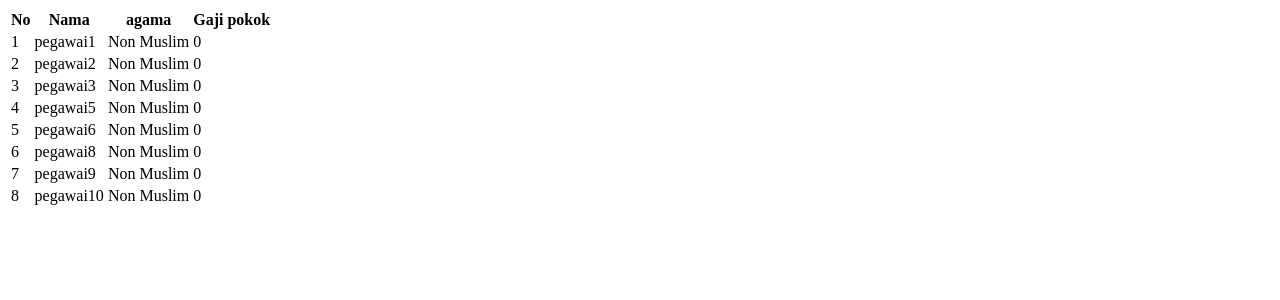
Repository: AHSANS354/Tugas-MSIB-5-GitHub
Page: tugasper3js.html
These files come from the project's save history. The page is drawn as it stood at one moment and after the next save; the edit follows.
The browser window is 1280 px wide. The pictures show the whole page.

Above is the page before, as saved 2023-09-09 16:54:33.

After the next save:
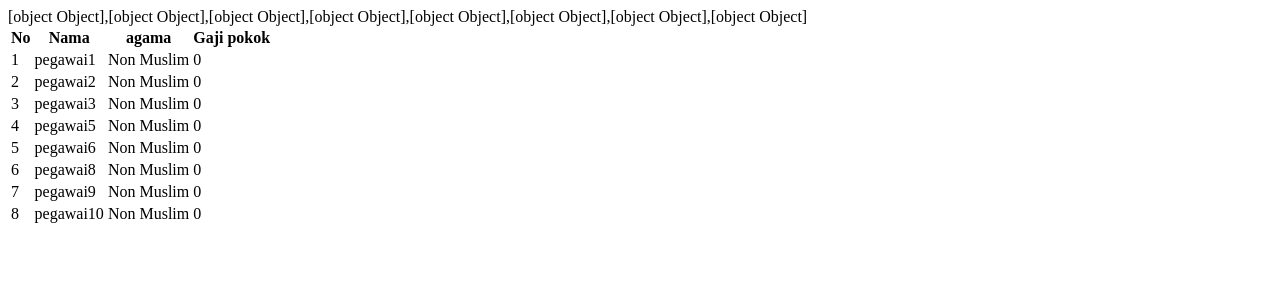
Saved 103 s later.
--- a/tugasper3js.html
+++ b/tugasper3js.html
@@ -10,6 +10,8 @@
 
   let pegawai = [p1, p2, p3, p4, p5, p6, p7, p8];
   let jabatan = "";
+
+  document.write(pegawai);
 
   if (pegawai == "pegawai1" && pegawai == "pegawai2") jabatan = "Manager";
   else if (pegawai == "pegawai3" && pegawai == "pegawai5") jabatan = "Asisten Manager";

After the save that followed:
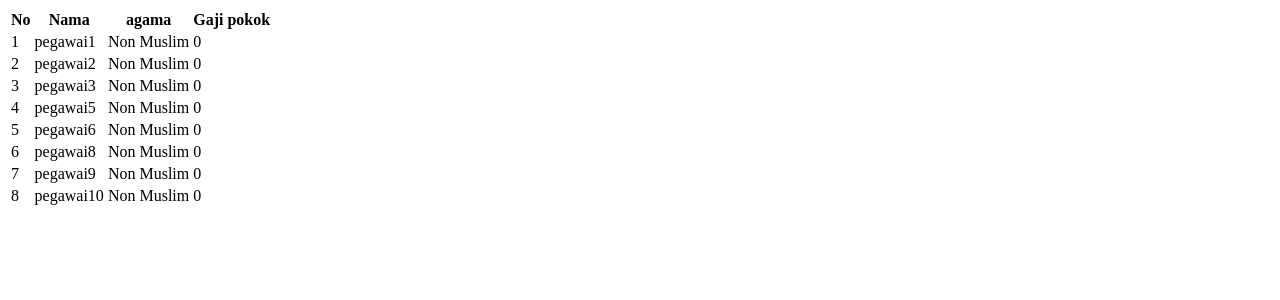
Saved 88 s later.
--- a/tugasper3js.html
+++ b/tugasper3js.html
@@ -10,14 +10,6 @@
 
   let pegawai = [p1, p2, p3, p4, p5, p6, p7, p8];
   let jabatan = "";
-
-  document.write(pegawai);
-
-  if (pegawai == "pegawai1" && pegawai == "pegawai2") jabatan = "Manager";
-  else if (pegawai == "pegawai3" && pegawai == "pegawai5") jabatan = "Asisten Manager";
-  else if (pegawai == "pegawai6" && pegawai == "pegawai8") jabatan = "Supervisor";
-  else if (pegawai == "pegawai9" && pegawai == "pegawai10") jabatan = "Staff";
-  else jabatan = "";
 
   let gapok = "";
 
@@ -57,6 +49,11 @@
     <script>
       let no = 1;
       for (s of pegawai) {
+        if (s.nama == "pegawai1" && s.nama == "pegawai2") jabatan = "Manager";
+        else if (pegawai == "pegawai3" && pegawai == "pegawai5") jabatan = "Asisten Manager";
+        else if (pegawai == "pegawai6" && pegawai == "pegawai8") jabatan = "Supervisor";
+        else if (pegawai == "pegawai9" && pegawai == "pegawai10") jabatan = "Staff";
+        else jabatan = "";
         document.write(`<tr>
                     <td>${no++}</td>
                     <td>${s.nama}</td>
